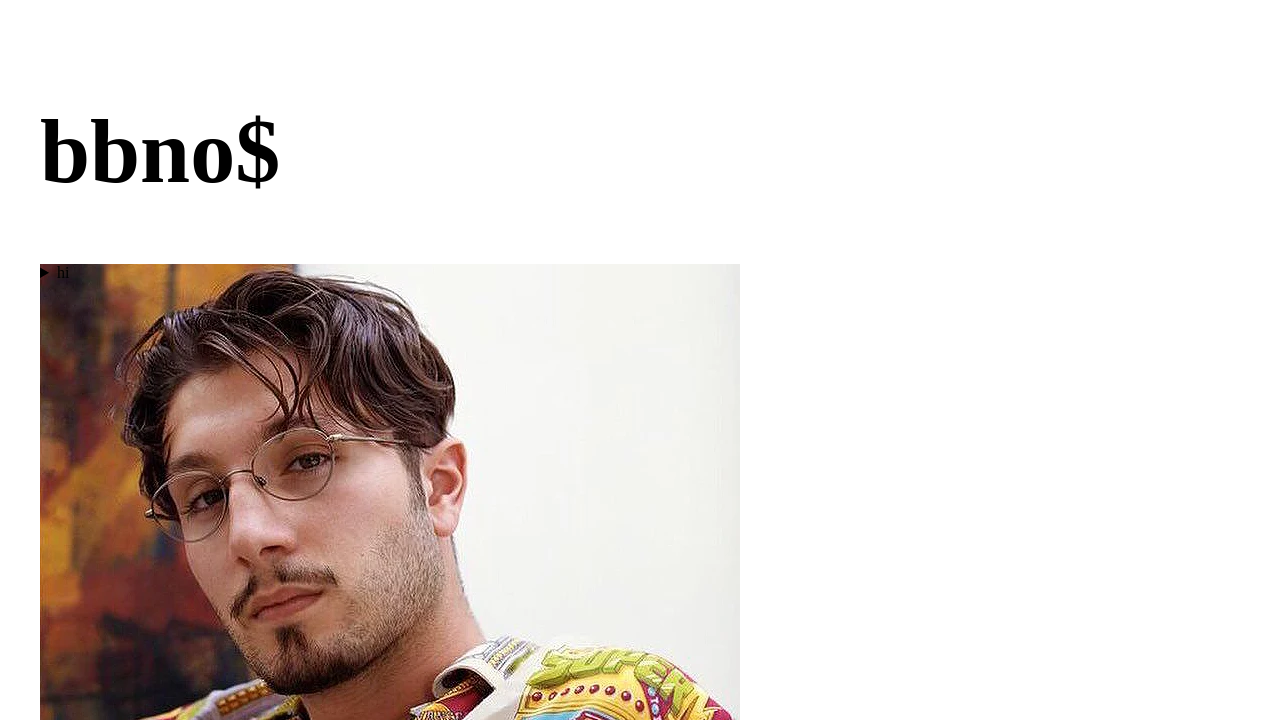
Repository: Jennica1/Lab1
Page: /
An editor plug-in stored every save of this project. The page is shown before and after the next save, followed by the edit.
The browser window is 1280 px wide. The pictures show the whole page.
The project was rebuilt for these pictures with package versions that can differ from the ones it lists, and the page was loaded fresh each time. Also part of the build but not shown: vite.config.js, src/index.css.

Above is the page before, as saved 2024-09-09 18:15:58.

After the next save:
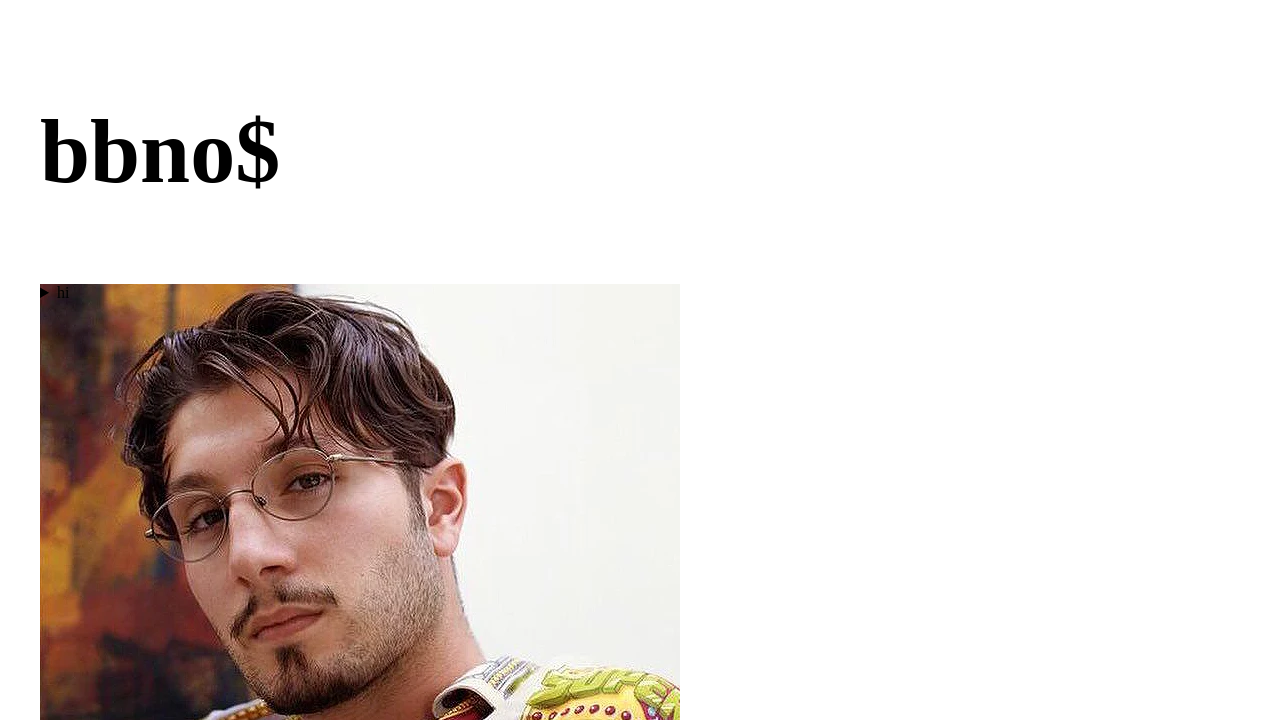
Saved 13 s later.
--- a/src/App.css
+++ b/src/App.css
@@ -16,4 +16,6 @@
 position: fixed;
 height: 100%;
 width: 50%;
+overflow-x: hidden;
+padding-top: 20px;
 }
